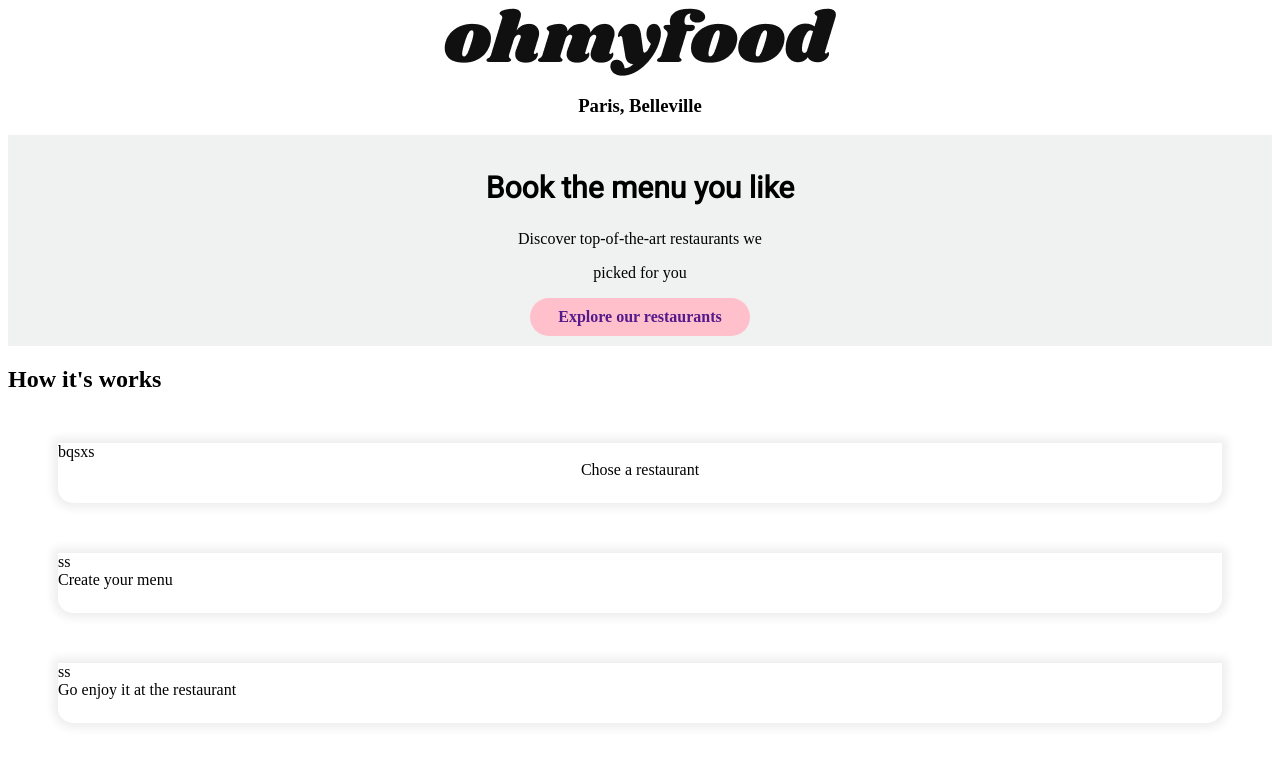
Repository: ailahin/ohmyfood
Page: Index.html
These files come from the project's save history. The page is drawn as it stood at one moment and after a run of saves; the edit follows.
The browser window is 1280 px wide. The pictures show the whole page.
Some web fonts or font styles are not loaded; a fallback is used.

Above is the page before, as saved 2023-08-11 03:14:38.

After the next 2 saves:
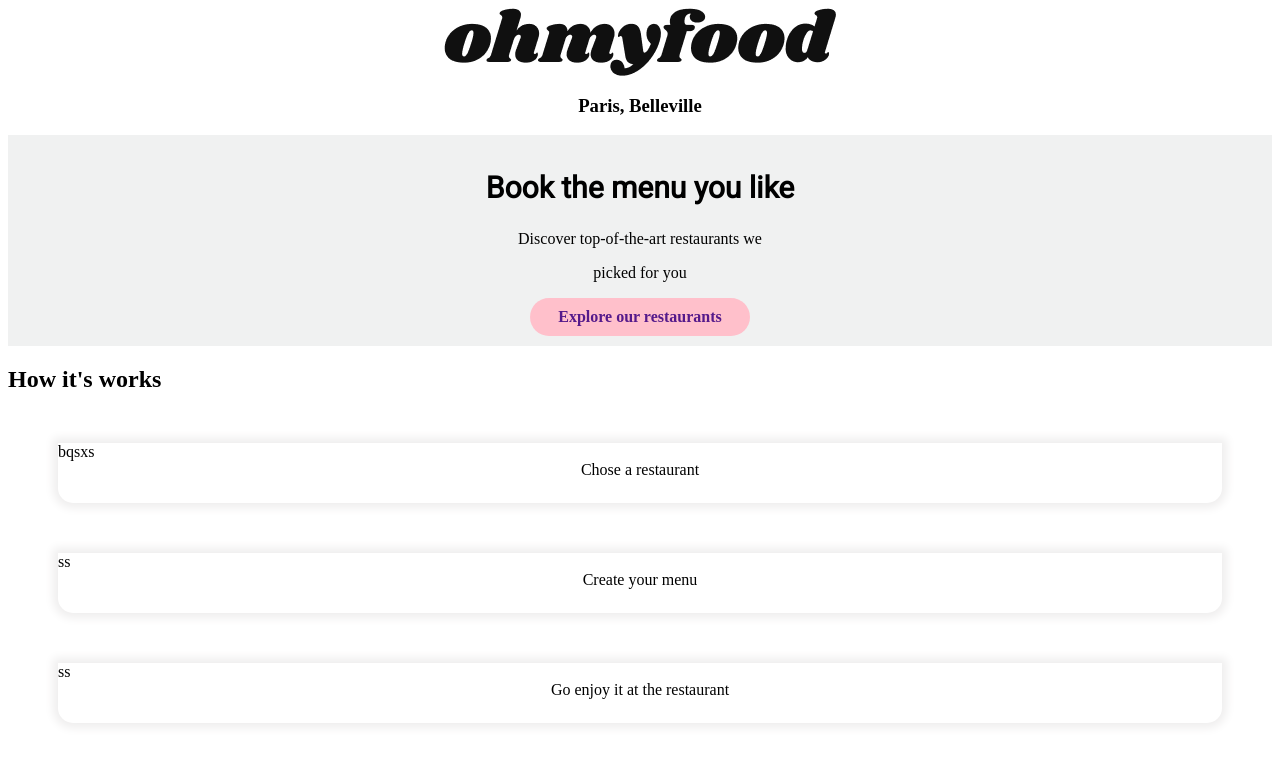
The 2 saves are shown as one change because they came seconds apart.
The last was saved 12 s later.
--- a/Index.html
+++ b/Index.html
@@ -51,11 +51,11 @@ font-family: 'Shrikhand', cursive; -->
         </div>
         <div  class="card">
             <div class="card-icon">ss</div>
-            <div>Create your menu</div>
+            <div class="card-text">Create your menu</div>
         </div>
         <div  class="card">
             <div class="card-icon">ss</div>
-            <div>Go enjoy it at the restaurant</div>
+            <div class="card-text">Go enjoy it at the restaurant</div>
         </div>
 
     </section>
